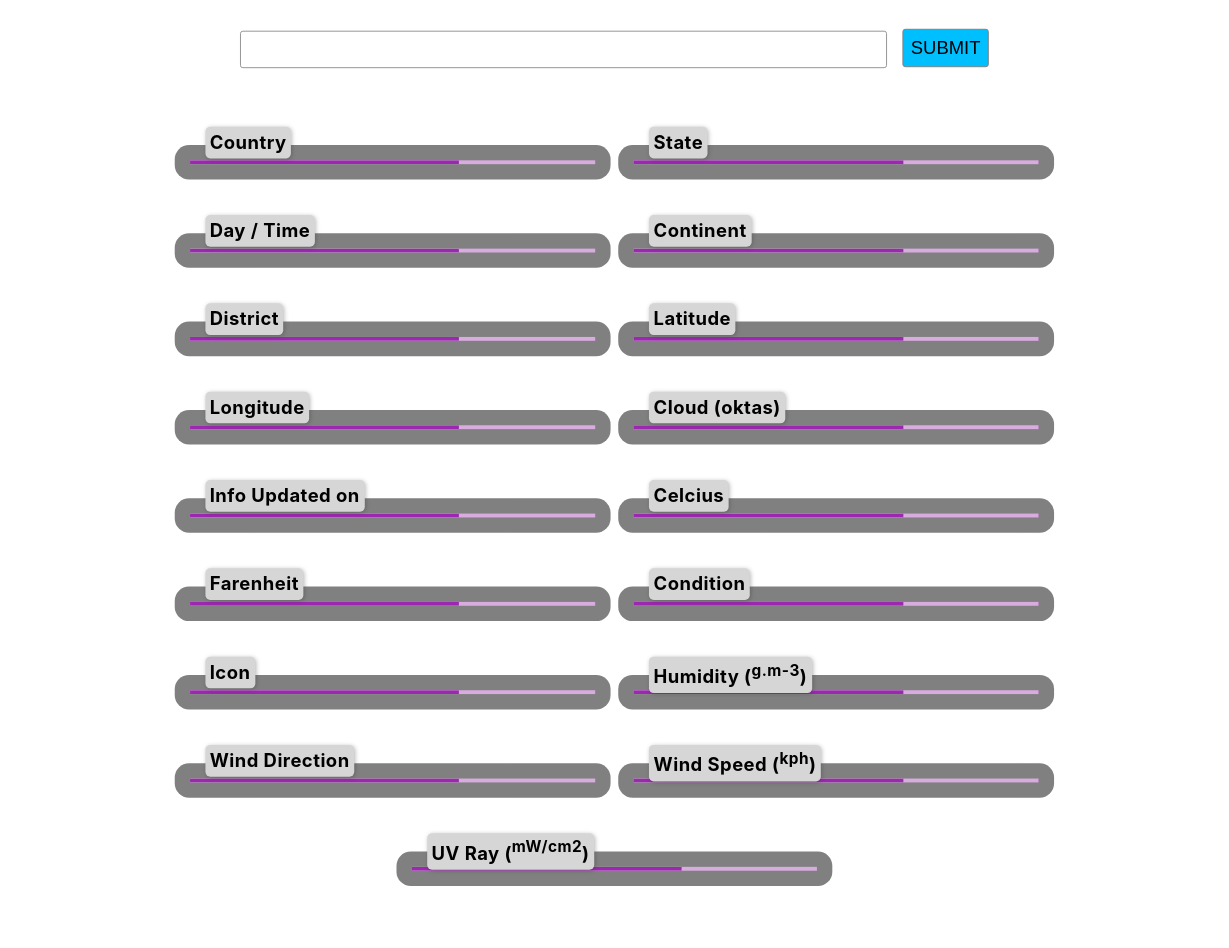
Repository: Imprasna/practising-API
Page: /
The author's editor kept a copy of each file at every save. The page is drawn from the files as they stood at one save, then again after the next save.
The browser window is 1280 px wide. The pictures show the whole page, at 96% of full size.
The project was rebuilt for these pictures with package versions that can differ from the ones it lists, and the page was loaded fresh each time. Also part of the build but not shown: src/component/Country.js, src/component/Region.js, src/component/Time.js, src/component/Continent.js, src/component/District.js, src/component/Cloud.js, src/component/UpdatedWeather.js, src/component/Celcius.js and 9 more.

Above is the page before, as saved 2021-11-11 23:58:09.

### src/App.js
import './App.css';
import Get from './Get'

function App() {
  return (
    <div className="App">
      <Get />
    </div>
  );
}

export default App;

### src/Get.js
import React, { useState } from "react";
import axios from "axios";
// import moment from 'moment';
import Country from "./component/Country";
import Region from "./component/Region";
import Time from "./component/Time";
import Continent from "./component/Continent";
import District from "./component/District";
import Cloud from "./component/Cloud";
import UpdatedWeather from "./component/UpdatedWeather";
import Celcius from "./component/Celcius";
import Farenheit from "./component/Farenheit";
import Latitude from "./component/Latitude";
import Longitude from "./component/Longitude";
import Condition from "./component/Condition";
import Icon from "./component/Icon";
import Humidity from "./component/Humidity";
import WindDirection from "./component/WindDirection";
import WindSpeed from "./component/WindSpeed";
import Uv from "./component/Uv";
import "./component/style.css";
// import CircularProgress from '@mui/material/CircularProgress';
import LinearProgress from '@mui/material/LinearProgress';



const Get = () => {
	const [getPost, setGetPost] = useState([]);
	const [loading, setLoading] = useState(false);
	const [values, setValues] = useState({ cities: "" });

	React.useEffect =
		(() => {
			getData();

			const CName = () => {
				setGetPost(getPost);
			};
			CName();
		},
		[]);

		const getData = async () =>
		{
			const city = values.cities;
			try {
				const res = await axios.get(
					`http://api.weatherapi.com/v1/current.json?key=b572a200fc624a6a85671436211310&q=${city}&aqi=yes`
					);
				setTimeout(function ()
				{
					// console.log(res.data.current);
					// console.log(res.data.location);
					// setGetPost(res.data);
					(setGetPost(res.data))
					setLoading(true);
				}, 3000);

			console.log(getPost);
			// console.log(res.data.current);
			// setGetPost({res});
		} catch (err) {
			console.log(err);
		}
	};
	console.log(getPost);

	const onChangeHandler = (e) => {
		const name = e.target.name;
		const value = e.target.value;

		// here values is the state name
		let inputValues = values;
		inputValues[name] = value;
		setValues({ ...inputValues });
		setLoading(false);
	};

	return (
		<>
			<input
				className="search-box"
				type="text"
				value={values.cities}
				name="cities"
				onChange={(e) => onChangeHandler(e)}
			/>
			<button className="button" onClick={getData}>
				Submit
			</button>

			<div className="whole">
				<div className="Country">
					{loading ? (<Country CName={getPost} />) : (<LinearProgress  color="secondary"  />)}
					<h1>Country</h1>
				</div>

				<div className="region">
				{loading ? (<Region CName={getPost} />) : (<LinearProgress  color="secondary"  />) }
					<h1>State</h1>

				</div>

				<div className="time">
				{loading ? (<Time CName={getPost} />) : (<LinearProgress  color="secondary"  />) }
					<h1>Day / Time</h1>

				</div>

				<div className="continent">
				{loading ? (<Continent CName={getPost} />) : (<LinearProgress  color="secondary"  />) }
					<h1>Continent</h1>

				</div>

				<div className="district">
				{loading ? (<District CName={getPost} />) : (<LinearProgress  color="secondary"  />) }
					<h1>District</h1>

				</div>

				<div className="lat">
				{loading ? (<Latitude CName={getPost} />) : (<LinearProgress  color="secondary"  />) }
					<h1>Latitude</h1>

				</div>

				<div className="lon">
				{loading ? (<Longitude CName={getPost} />) : (<LinearProgress  color="secondary"  />) }
					<h1>Longitude</h1>

				</div>

				<div className="cloud">
				{loading ? (<Cloud CName={getPost} />) : (<LinearProgress  color="secondary"  />) }
					<h1>Cloud (oktas)</h1>

				</div>

				<div className="upt">
				{loading ? (<UpdatedWeather CName={getPost} />) : (<LinearProgress  color="secondary"  />) }
					<h1>Info Updated on</h1>

				</div>

				<div className="cel">
				{loading ? (<Celcius CName={getPost} />) : (<LinearProgress  color="secondary"  />) }
					<h1>Celcius</h1>

				</div>

				<div className="far">
				{loading ? (<Farenheit CName={getPost} />) : (<LinearProgress  color="secondary"  />) }
					<h1>Farenheit</h1>

				</div>

				<div className="cond">
				{loading ? (<Condition CName={getPost} />) : (<LinearProgress  color="secondary"  />) }
					<h1>Condition</h1>

				</div>

				<div className="icon">
				{loading ? (<Icon CName={getPost} />) : (<LinearProgress  color="secondary"  />) }
					<h1>Icon</h1>

				</div>

				<div className="hum">
				{loading ? (<Humidity CName={getPost} />) : (<LinearProgress  color="secondary"  />) }
					<h1>
						Humidity (<sup>g.m-3</sup>)
					</h1>

				</div>


				<div className="wd">
				{loading ? (<WindDirection CName={getPost} />) : (<LinearProgress  color="secondary"  />) }
					<h1>Wind Direction</h1>

				</div>

				<div className="ws">
				{loading ? (<WindSpeed CName={getPost} />) : (<LinearProgress  color="secondary"  />) }
					<h1>
						Wind Speed (<sup>kph</sup>)
					</h1>

				</div>

				<div className="uv">
				{loading ? (<Uv CName={getPost} />) : (<LinearProgress  color="secondary"  />) }
					<h1>
						UV Ray (<sup>mW/cm2</sup>)
					</h1>

				</div>
			</div>
		</>
	);
};

export default Get;

### src/component/style.css
body {
    background: ;
}

.whole {
    width: 100%;
    height: 100%;
    display: flex;
    justify-content: center;
    align-items: center;
    flex-wrap: wrap;
    gap: .5rem;
    margin-bottom: 4rem;
}

.search-box {
    width: 50%;
    padding: .5rem 1rem;
    border-radius: 3px;
    border: 1px solid #929292;
    outline: none;
    font-size: 1rem;
    line-height: 1.3em;
    margin: 0 auto;
    margin-bottom: 2rem;
    margin-top: 2rem;
    margin-right: 1rem;
    text-transform: uppercase;
}

.button {
    padding: .5rem;
    outline: none;
    border: 1px solid gray;
    cursor: pointer;
    font-size: 1.2rem;
    text-transform: uppercase;
    border-radius: 3px;
    background: deepskyblue;
}

.Country {
    width: 33%;
    color: #fff;
    padding: 1rem;
    border-radius: 15px;
    background-color: gray;
    position: relative;
    font-size: 1.1rem;
    font-weight: 600;
    letter-spacing: .5px;
    margin-top: 3rem;
}

.Country > h1 {
    position: absolute;
    top: -2rem;
    left: 2rem;
    padding: .3rem;
    background-color: #d6d6d6;
    border-radius: 5px;
    font-size: 1.2rem;
    filter: drop-shadow(1px 1px 2px rgba(44, 44, 44, 0.342));
    color: #000;
}

.region {
    width: 33%;
    color: #fff;
    padding: 1rem;
    border-radius: 15px;
    background-color: gray;
    position: relative;
    font-size: 1.1rem;
    font-weight: 600;
    letter-spacing: .5px;
    margin-top: 3rem;
}

.region > h1 {
    position: absolute;
    top: -2rem;
    left: 2rem;
    padding: .3rem;
    background-color: #d6d6d6;
    border-radius: 5px;
    font-size: 1.2rem;
    filter: drop-shadow(1px 1px 2px rgba(44, 44, 44, 0.342));
    color: #000;
}

.time {
    width: 33%;
    color: #fff;
    padding: 1rem;
    border-radius: 15px;
    background-color: gray;
    position: relative;
    font-size: 1.1rem;
    font-weight: 600;
    letter-spacing: .5px;
    margin-top: 3rem;
}

.time > h1 {
    position: absolute;
    top: -2rem;
    left: 2rem;
    padding: .3rem;
    background-color: #d6d6d6;
    border-radius: 5px;
    font-size: 1.2rem;
    filter: drop-shadow(1px 1px 2px rgba(44, 44, 44, 0.342));
    color: #000;
}

.continent {
    width: 33%;
    color: #fff;
    padding: 1rem;
    border-radius: 15px;
    background-color: gray;
    position: relative;
    font-size: 1.1rem;
    font-weight: 600;
    letter-spacing: .5px;
    margin-top: 3rem;
}

.continent > h1 {
    position: absolute;
    top: -2rem;
    left: 2rem;
    padding: .3rem;
    background-color: #d6d6d6;
    border-radius: 5px;
    font-size: 1.2rem;
    filter: drop-shadow(1px 1px 2px rgba(44, 44, 44, 0.342));
    color: #000;
}

.district {
    width: 33%;
    color: #fff;
    padding: 1rem;
    border-radius: 15px;
    background-color: gray;
    position: relative;
    font-size: 1.1rem;
    font-weight: 600;
    letter-spacing: .5px;
    margin-top: 3rem;
}

.district > h1 {
    position: absolute;
    top: -2rem;
    left: 2rem;
    padding: .3rem;
    background-color: #d6d6d6;
    border-radius: 5px;
    font-size: 1.2rem;
    filter: drop-shadow(1px 1px 2px rgba(44, 44, 44, 0.342));
    color: #000;
}

.lat {
    width: 33%;
    color: #fff;
    padding: 1rem;
    border-radius: 15px;
    background-color: gray;
    position: relative;
    font-size: 1.1rem;
    font-weight: 600;
    letter-spacing: .5px;
    margin-top: 3rem;
}

.lat > h1 {
    position: absolute;
    top: -2rem;
    left: 2rem;
    padding: .3rem;
    background-color: #d6d6d6;
    border-radius: 5px;
    font-size: 1.2rem;
    filter: drop-shadow(1px 1px 2px rgba(44, 44, 44, 0.342));
    color: #000;
}

.lon {
    width: 33%;
    color: #fff;
    padding: 1rem;
    border-radius: 15px;
    background-color: gray;
    position: relative;
    font-size: 1.1rem;
    font-weight: 600;
    letter-spacing: .5px;
    margin-top: 3rem;
}

.lon > h1 {
    position: absolute;
    top: -2rem;
    left: 2rem;
    padding: .3rem;
    background-color: #d6d6d6;
    border-radius: 5px;
    font-size: 1.2rem;
    filter: drop-shadow(1px 1px 2px rgba(44, 44, 44, 0.342));
    color: #000;
}

.cloud {
    width: 33%;
    color: #fff;
    padding: 1rem;
    border-radius: 15px;
    background-color: gray;
    position: relative;
    font-size: 1.1rem;
    font-weight: 600;
    letter-spacing: .5px;
    margin-top: 3rem;
}

.cloud > h1 {
    position: absolute;
    top: -2rem;
    left: 2rem;
    padding: .3rem;
    background-color: #d6d6d6;
    border-radius: 5px;
    font-size: 1.2rem;
    filter: drop-shadow(1px 1px 2px rgba(44, 44, 44, 0.342));
    color: #000;
}

.upt {
    width: 33%;
    color: #fff;
    padding: 1rem;
    border-radius: 15px;
    background-color: gray;
    position: relative;
    font-size: 1.1rem;
    font-weight: 600;
    letter-spacing: .5px;
    margin-top: 3rem;
}

.upt > h1 {
    position: absolute;
    top: -2rem;
    left: 2rem;
    padding: .3rem;
    background-color: #d6d6d6;
    border-radius: 5px;
    font-size: 1.2rem;
    filter: drop-shadow(1px 1px 2px rgba(44, 44, 44, 0.342));
    color: #000;
}

.cel {
    width: 33%;
    color: #fff;
    padding: 1rem;
    border-radius: 15px;
    background-color: gray;
    position: relative;
    font-size: 1.1rem;
    font-weight: 600;
    letter-spacing: .5px;
    margin-top: 3rem;
}

.cel > h1 {
    position: absolute;
    top: -2rem;
    left: 2rem;
    padding: .3rem;
    background-color: #d6d6d6;
    border-radius: 5px;
    font-size: 1.2rem;
    filter: drop-shadow(1px 1px 2px rgba(44, 44, 44, 0.342));
    color: #000;
}

.far {
    width: 33%;
    color: #fff;
    padding: 1rem;
    border-radius: 15px;
    background-color: gray;
    position: relative;
    font-size: 1.1rem;
    font-weight: 600;
    letter-spacing: .5px;
    margin-top: 3rem;
}

.far > h1 {
    position: absolute;
    top: -2rem;
    left: 2rem;
    padding: .3rem;
    background-color: #d6d6d6;
    border-radius: 5px;
    font-size: 1.2rem;
    filter: drop-shadow(1px 1px 2px rgba(44, 44, 44, 0.342));
    color: #000;
}

.cond {
    width: 33%;
    color: #fff;
    padding: 1rem;
    border-radius: 15px;
    background-color: gray;
    position: relative;
    font-size: 1.1rem;
    font-weight: 600;
    letter-spacing: .5px;
    margin-top: 3rem;
}

.cond > h1 {
    position: absolute;
    top: -2rem;
    left: 2rem;
    padding: .3rem;
    background-color: #d6d6d6;
    border-radius: 5px;
    font-size: 1.2rem;
    filter: drop-shadow(1px 1px 2px rgba(44, 44, 44, 0.342));
    color: #000;
}


.icon {
    width: 33%;
    color: #fff;
    padding: 1rem;
    border-radius: 15px;
    background-color: gray;
    position: relative;
    font-size: 1.1rem;
    font-weight: 600;
    letter-spacing: .5px;
    margin-top: 3rem;
}

.icon > h1 {
    position: absolute;
    top: -2rem;
    left: 2rem;
    padding: .3rem;
    background-color: #d6d6d6;
    border-radius: 5px;
    font-size: 1.2rem;
    filter: drop-shadow(1px 1px 2px rgba(44, 44, 44, 0.342));
    color: #000;
}

.hum {
    width: 33%;
    color: #fff;
    padding: 1rem;
    border-radius: 15px;
    background-color: gray;
    position: relative;
    font-size: 1.1rem;
    font-weight: 600;
    letter-spacing: .5px;
    margin-top: 3rem;
}

.hum > h1 {
    position: absolute;
    top: -2rem;
    left: 2rem;
    padding: .3rem;
    background-color: #d6d6d6;
    border-radius: 5px;
    font-size: 1.2rem;
    filter: drop-shadow(1px 1px 2px rgba(44, 44, 44, 0.342));
    color: #000;
}

.wd {
    width: 33%;
    color: #fff;
    padding: 1rem;
    border-radius: 15px;
    background-color: gray;
    position: relative;
    font-size: 1.1rem;
    font-weight: 600;
    letter-spacing: .5px;
    margin-top: 3rem;
}

.wd > h1 {
    position: absolute;
    top: -2rem;
    left: 2rem;
    padding: .3rem;
    background-color: #d6d6d6;
    border-radius: 5px;
    font-size: 1.2rem;
    filter: drop-shadow(1px 1px 2px rgba(44, 44, 44, 0.342));
    color: #000;
}

.ws {
    width: 33%;
    color: #fff;
    padding: 1rem;
    border-radius: 15px;
    background-color: gray;
    position: relative;
    font-size: 1.1rem;
    font-weight: 600;
    letter-spacing: .5px;
    margin-top: 3rem;
}

.ws > h1 {
    position: absolute;
    top: -2rem;
    left: 2rem;
    padding: .3rem;
    background-color: #d6d6d6;
    border-radius: 5px;
    font-size: 1.2rem;
    filter: drop-shadow(1px 1px 2px rgba(44, 44, 44, 0.342));
    color: #000;
}

.uv {
    width: 33%;
    color: #fff;
    padding: 1rem;
    border-radius: 15px;
    background-color: gray;
    position: relative;
    font-size: 1.1rem;
    font-weight: 600;
    letter-spacing: .5px;
    margin-top: 3rem;
}

.uv > h1 {
    position: absolute;
    top: -2rem;
    left: 2rem;
    padding: .3rem;
    background-color: #d6d6d6;
    border-radius: 5px;
    font-size: 1.2rem;
    filter: drop-shadow(1px 1px 2px rgba(44, 44, 44, 0.342));
    color: #000;
}

Loaded but not shown: public/index.html (common file); src/index.js (common file); src/index.css (common file); src/App.css (common file)

After the next save:
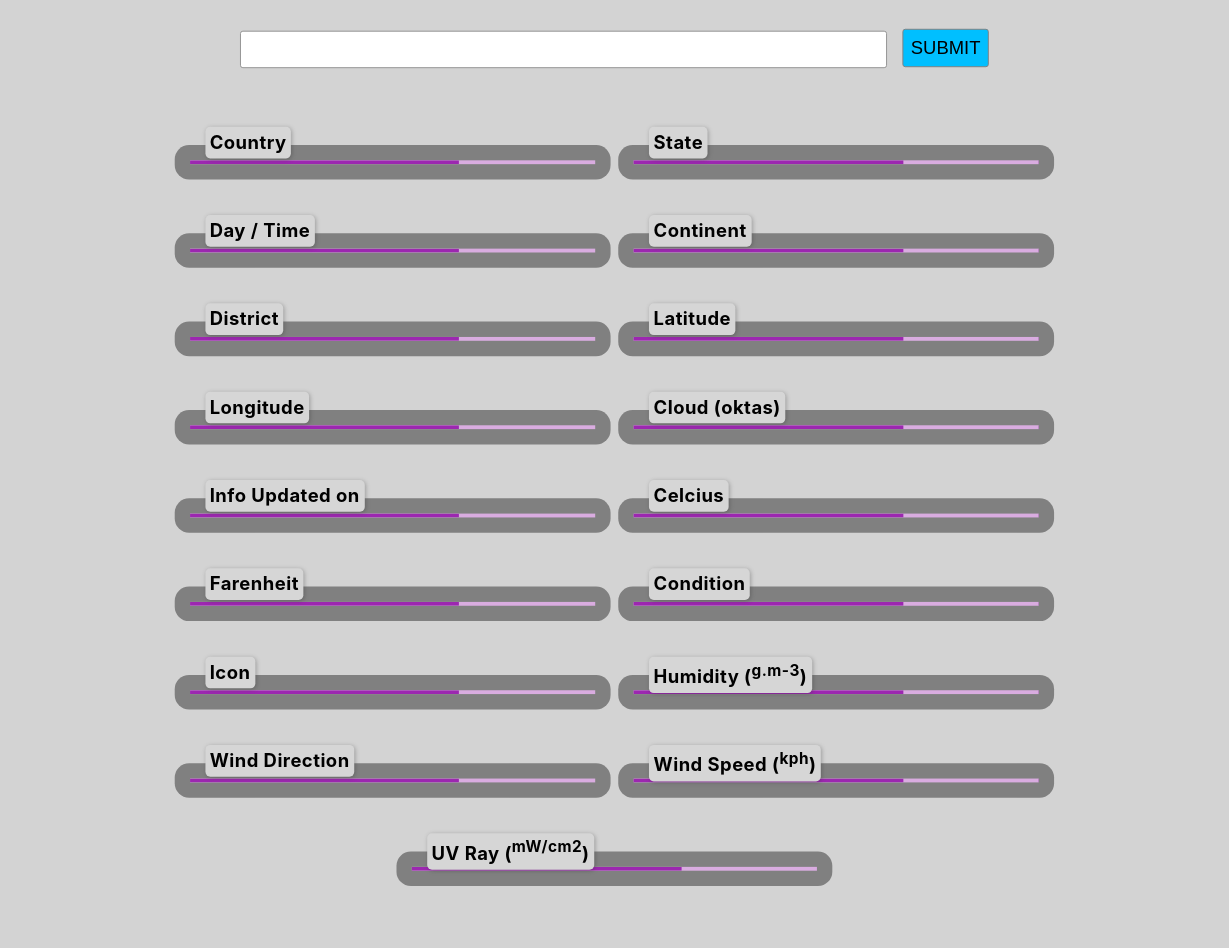
Saved 6 s later.
--- a/src/component/style.css
+++ b/src/component/style.css
@@ -1,5 +1,5 @@
 body {
-    background: ;
+    background: lightgray;
 }
 
 .whole {
